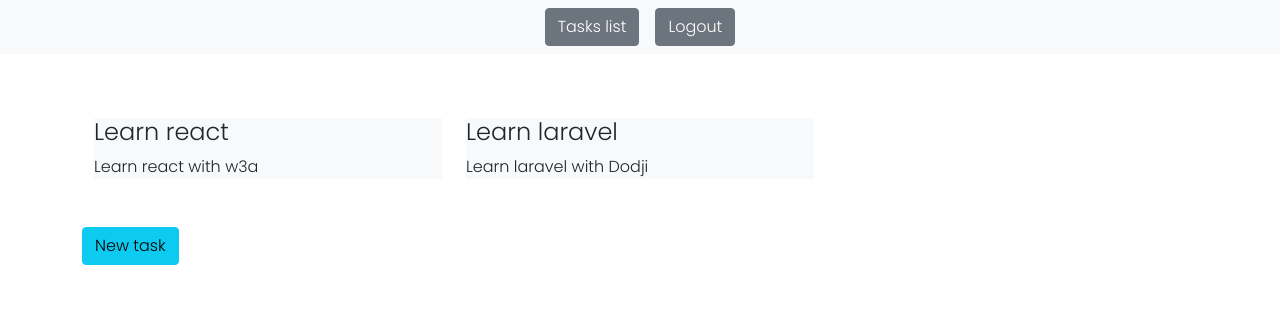
Repository: FS-23/react-task-manager
Page: /tasks/list
An editor plug-in stored every save of this project. The page is shown before and after the next save, followed by the edit.
The browser window is 1280 px wide. The pictures show the whole page.
The page's requests for data from a server got no answer. The project was rebuilt for these pictures with package versions that can differ from the ones it lists, and the page was loaded fresh each time. No one was signed in, and anything a server would have sent is missing. Also part of the build but not shown: src/components/Login.js, src/components/AddTask.js, src/components/TaskDetail.js.

Above is the page before, as saved 2022-05-13 15:10:22.

After the next save:
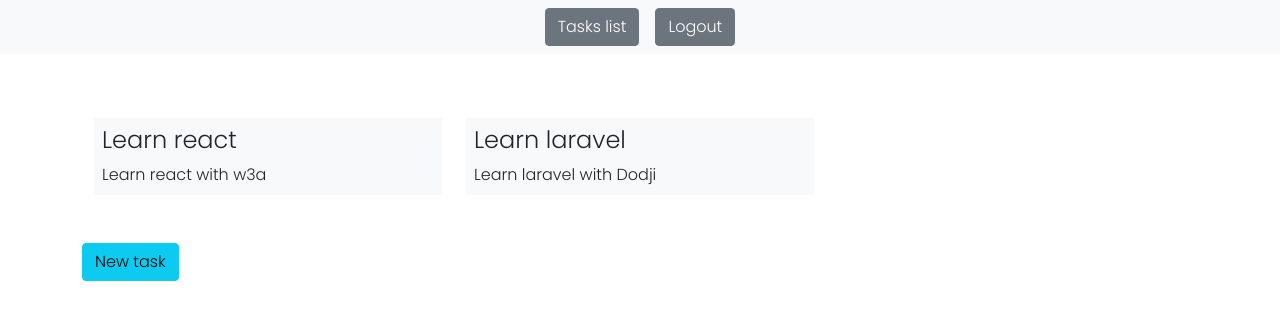
Saved 7 s later.
--- a/src/components/TaskList.js
+++ b/src/components/TaskList.js
@@ -41,7 +41,7 @@ function TaskList(){
                     {
                         tasks.map( (task , index) => (
                             <div key={index} className="mt-3 col-12 col-sm-2 col-lg-3 col-xl-4">
-                                <div className='bg-light'>
+                                <div className='bg-light p-2'>
                                     <h4>{task.title}</h4>
                                     <div>{task.description}</div>
                                 </div>
